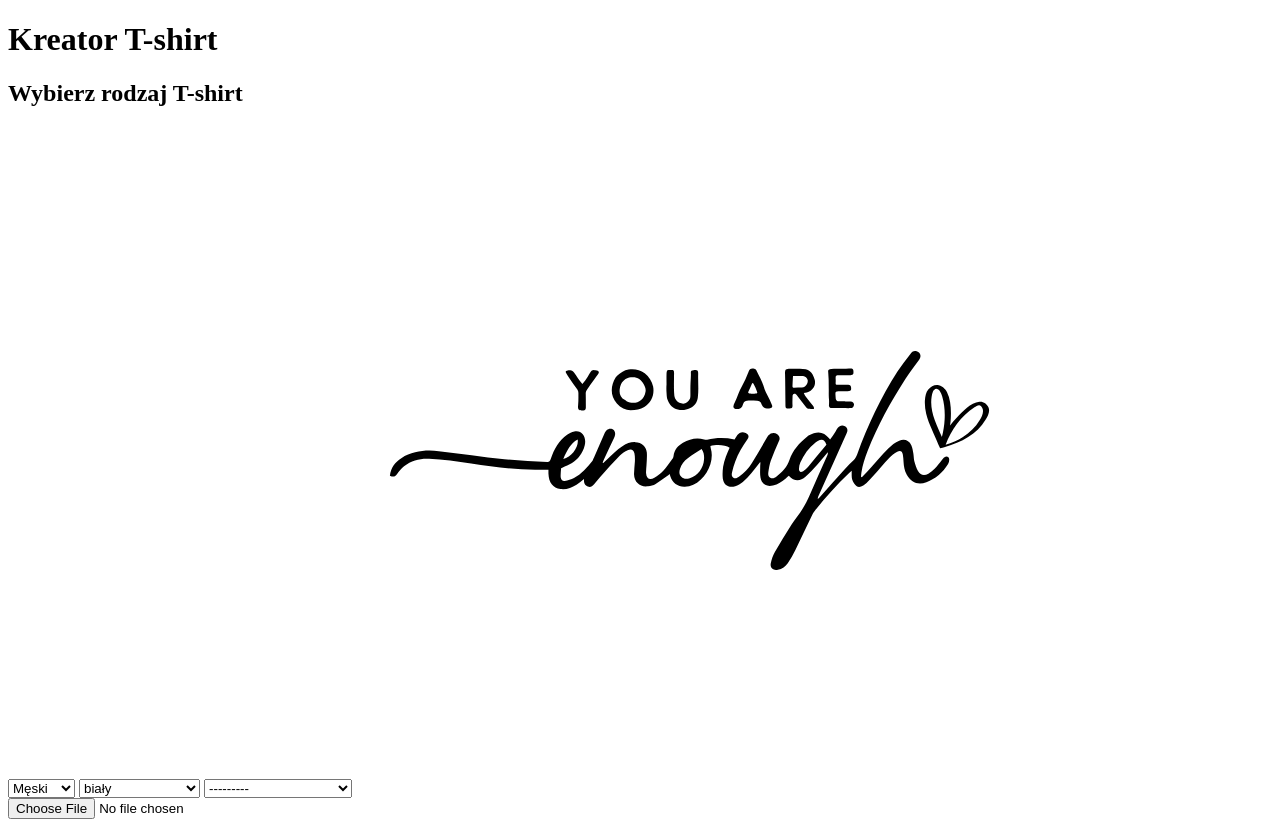
Repository: artek313/clothes
Page: index.html
The author's editor kept a copy of each file at every save. The page is drawn from the files as they stood at one save, then again after the next save.
The browser window is 1280 px wide. The pictures show the whole page.

Above is the page before, as saved 2024-04-27 12:54:05.

### index.html
<!DOCTYPE html>
<html lang="en">

<head>
    <meta charset="UTF-8">
    <meta name="viewport" content="width=device-width, initial-scale=1.0">
    <title>Document</title>

    <link rel="stylesheet" href="style.css">

    <script src="script.js"></script>

</head>

<body>
    <h1>Kreator T-shirt</h1>
    <h2>Wybierz rodzaj T-shirt</h2>
    <select name="kind" id="kindTshirt">
        <option value="men">Męski</option>
        <option value="women">Damski</option>
    </select>
    <select name="color" id="colorTshirt">
        <option value="white">biały</option>
        <option value="black">czarny</option>
        <option value="red">czerwony</option>
        <option value="bottleGreen">butelkowa zieleń</option>
        <option value="blue">niebieski</option>
        <option value="navyBlue">granatowy</option>
    </select>
    <select name="overPrintName" id="overPrintName">
        <option value="">---------</option>
        <option value="adventure_of_your_life">Adventure of your life</option>
    </select>



    <object class="" id="overprint" data="img/men/overprints/1.svg" type="image/svg+xml"></object>

    <input type="file" name="inputfile" id="inputfile">
    <pre id="output"></pre>



    <div id="tshirtBox">





    </div>





</body>

</html>

### style.css
.tshirtBox {
	width: 50%;
}

.tshirtMockup {
	width: 100%;
	position: relative;
}

.tshirtMockup_color {
	width: 100%;
}

.tshirtMockup_overprint {
	width: 30%;
	position: absolute;
	top: 20%;
	left: 50%;
	transform: translateX(-50%);
}

.tshirtMockup_overprint img {
	width: 100%;
}

div svg {
	fill: red !important;
}

### script.js
'use strict'

document.addEventListener('DOMContentLoaded', function () {
	init()
})

function init() {
	const kindTshirtSelect = document.querySelector('#kindTshirt')
	const colorTshirtSelect = document.querySelector('#colorTshirt')
	const tshirtBox = document.querySelector('.tshirtBox')
	const overPrintNameSelect = document.querySelector('#overPrintName')
	const overPrintColorSelect = document.querySelector('#overPrintColor')

	const overprint = document.getElementById('overprint')

	console.log(overprint)

	// overprint.addEventListener('load', function (e) {
	// 	console.dir(e)
	// 	console.log(overprint.contentDocument)
	// 	console.log(overprint.contentDocument.querySelector('svg'))
	// 	overprint.contentDocument.querySelector('svg').style.fill = '#00f'
	// })

	console.log(colorTshirtSelect)

	colorTshirtSelect.addEventListener('change', function (e) {
		console.log(e.target.value)
	})

	// document.getElementById('inputfile').addEventListener('change', function (e) {
	// 	console.dir(document.getElementById('inputfile'))
	// 	console.log(e)
	// 	let fr = new FileReader()
	// 	fr.readAsText(file)

	// 	console.log(fr)
	// 	fr.onload = function () {
	// 		document.getElementById('output').textContent = fr.result
	// 	}

	// 	fr.readAsBinaryString(this.files[0])
	// })

	// overprint.addEventListener(
	// 	'load',
	// 	function (e) {
	// 		const svgObj = overprint.contentDocument
	// 		if (svgObj) {
	// 			console.log(svgObj.querySelector('svg'))
	// 		}
	// 	},
	// 	false
	// )
	// overPrintNameSelect.addEventListener('change', function (e) {
	// 	let svgObject = document.querySelector('#path3443')
	// 	console.log(overprint)
	// 	document.querySelectorAll('#path1096')

	// 	if (svgObject) {
	// 		console.log(svgObject)
	// 		let svgDocObject = svgObject.innerHTML

	// 		console.log(svgDocObject)
	// 	}
	// })
}

After the next save:
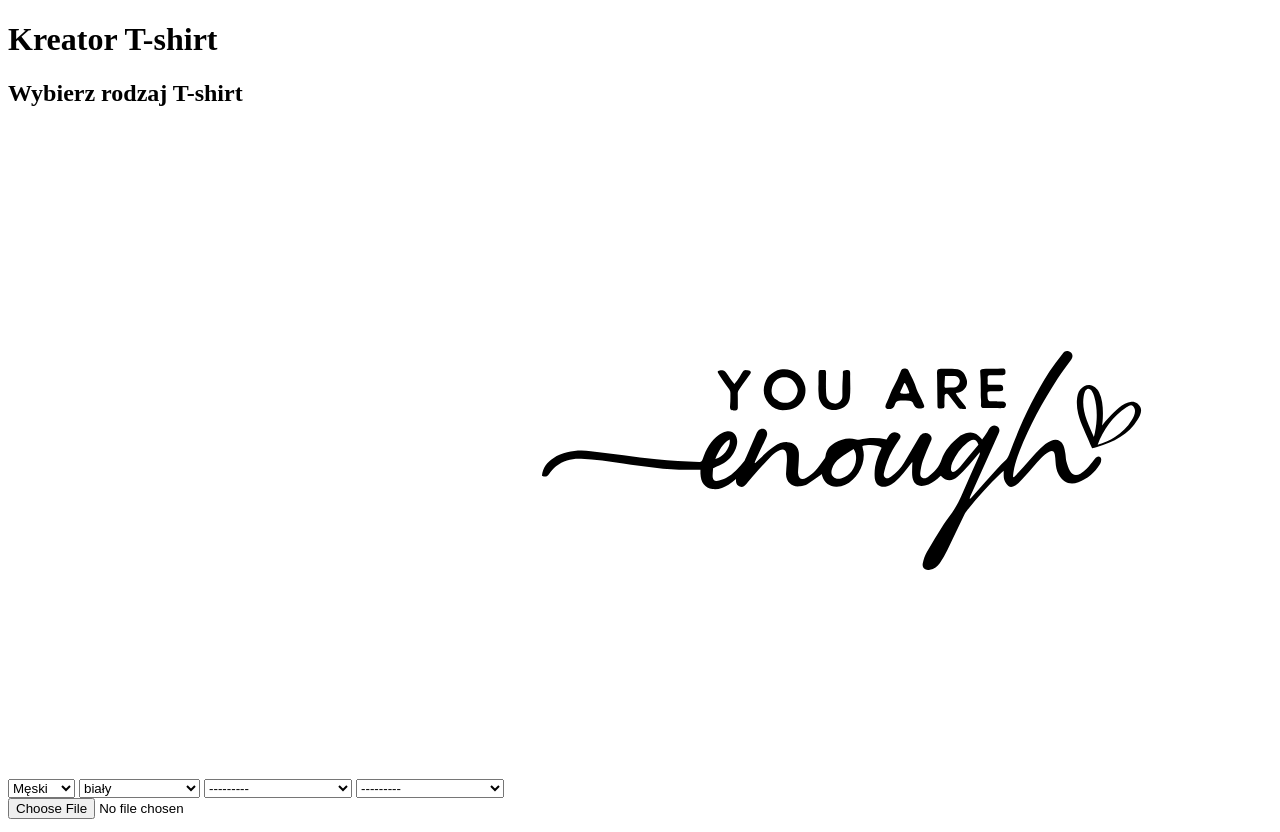
Saved 16 s later.
--- a/index.html
+++ b/index.html
@@ -31,6 +31,12 @@
         <option value="">---------</option>
         <option value="adventure_of_your_life">Adventure of your life</option>
     </select>
+    <select name="overPrintColor" id="overPrintColor">
+        <option value="">---------</option>
+        <option value="adventure_of_your_life">Adventure of your life</option>
+    </select>
+
+
 
 
 
